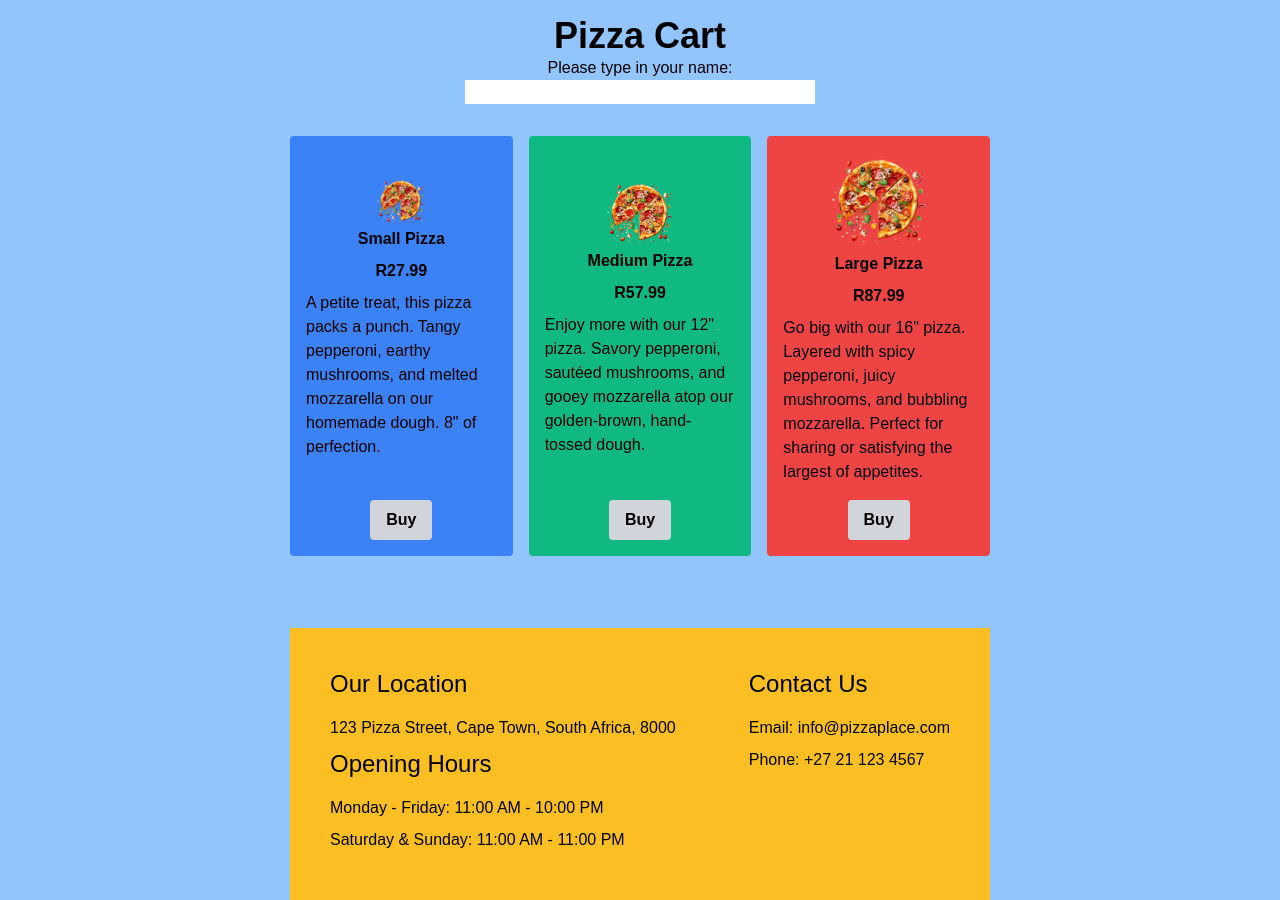
Repository: lasity34/pizza-cart-with-api
Page: index.html
An editor plug-in stored every save of this project. The page is shown before and after the next save, followed by the edit.
The browser window is 1280 px wide. The pictures show the whole page.
The page's requests for data from a server got no answer. Some web fonts or font styles are not loaded; a fallback is used. Some web libraries are served in a nearby version.

Above is the page before, as saved 2023-07-16 18:14:42.
Console error (its wording comes from the project's code and is left out).

### index.html
<!DOCTYPE html>
<html lang="en">
  <head>
    <meta charset="UTF-8" />
    <meta name="viewport" content="width=device-width, initial-scale=1.0" />
    <title>Pizza Cart</title>
    <script src="//unpkg.com/alpinejs" defer></script>
    <link
      href="https://cdn.jsdelivr.net/npm/tailwindcss@2.1.2/dist/tailwind.min.css"
      rel="stylesheet"
    />
    <script
      src="https://cdnjs.cloudflare.com/ajax/libs/axios/1.4.0/axios.min.js"
      integrity="sha512-uMtXmF28A2Ab/JJO2t/vYhlaa/3ahUOgj1Zf27M5rOo8/+fcTUVH0/E0ll68njmjrLqOBjXM3V9NiPFL5ywWPQ=="
      crossorigin="anonymous"
      referrerpolicy="no-referrer"
    ></script>
    <link href="./style.css" rel="stylesheet" />
    <link rel="preconnect" href="https://fonts.googleapis.com" />
    <link rel="preconnect" href="https://fonts.gstatic.com" crossorigin />
    <link
      href="https://fonts.googleapis.com/css2?family=Titillium+Web:ital@0;1&family=Tsukimi+Rounded:wght@300;400;500&display=swap"
      rel="stylesheet"
    />
  </head>
  <body x-data="pizzaCart" class="bg-blue-300" x-cloak>

    <section class="flex justify-center items-center">
      <h1 class="text-4xl pt-4 font-bold">Pizza Cart</h1>
    </section>
    <section class="flex flex-col items-center">
      <h3>Please type in your name:</h3>
      <input type="text" x-modal="username" class="w-1/2" />
    </section>
    <section  x-show=" cartTotal > 0 "
  class="shop-container my-3 sm:my-4 p-4 sm:p-5 flex flex-col text-xs sm:text-sm justify-center items-center"
>
  <h2 class="text-xl sm:text-2xl mb-2 font-bold">Shopping Cart</h2>
  <div class="mt-4 flex flex-col items-center">
    <div>
        <section class="mt-6">
            <table class="table-auto w-full rounded-lg overflow-hidden shadow-lg max-w-md mx-auto">
                <thead class="bg-red-600">
                    <tr>
                        <th class="px-2 sm:px-3 py-1 text-left text-xs sm:text-sm font-bold font-medium text-white uppercase tracking-wider">Flavour</th>
                        <th class="px-2 sm:px-3 py-1 text-left text-xs sm:text-sm font-medium text-white uppercase tracking-wider">Size</th>
                        <th class="px-2 sm:px-3 py-1 text-left text-xs sm:text-sm font-medium text-white uppercase tracking-wider">Quantity</th>
                        <th class="px-2 sm:px-3 py-1 text-left text-xs sm:text-sm font-medium text-white uppercase tracking-wider">Price</th>
                        <th class="px-2 sm:px-3 py-1 text-left text-xs sm:text-sm font-medium text-white uppercase tracking-wider">Total</th>
                    </tr>
                </thead>
                <tbody class="bg-yellow-100 divide-y divide-gray-200 overflow-auto max-h-48 sm:max-h-56">

                    <template x-for="pizza in cartPizzas">
                        <tr>
                          <td class="px-1 sm:px-2 py-1 whitespace-nowrap font-bold text-xs sm:text-sm text-gray-500" x-text="pizza.flavour"></td>

                            <td class="px-2 sm:px-3 py-1 whitespace-nowrap font-bold text-xs sm:text-sm text-gray-500" x-text="pizza.size"></td>
                            <td class="px-2 sm:px-3 py-1 whitespace-nowrap font-bold text-xs sm:text-sm text-gray-500">
                                <div class="flex items-center justify-center">
                                    <button
                                        @click="addPizzaToCart(pizza.id)"
                                        class="bg-gray-200 hover:bg-gray-300 text-gray-800 font-bold py-1 px-2 sm:px-3 rounded-l"
                                    >
                                        +
                                    </button>
                                    <div x-text="pizza.qty" class="mx-1 sm:mx-2"></div>
                                    <button
                                        @click="removePizzaFromCart(pizza.id)"
                                        class="bg-gray-200 hover:bg-gray-300 text-gray-800 font-bold py-1 px-2 sm:px-3 rounded-r"
                                    >
                                        -
                                    </button>
                                </div>
                            </td>
                            <td class="px-2 sm:px-3 py-1 whitespace-nowrap text-xs sm:text-sm font-bold text-gray-500">
                                R<span x-text="pizza.price"></span>
                            </td>
                            <td class="px-2 sm:px-3 py-1 whitespace-nowrap text-xs sm:text-sm font-bold text-gray-500">
                                R<span x-text="(pizza.qty * pizza.price).toFixed(2)"></span>
                            </td>
                        </tr>
                    </template>
                </tbody>
            </table>
        </section>
    </div>
    <div class="flex justify-center mt-2 sm:mt-4">
      <p class="font-bold">Total Cost</p>
      <p class="ml-3 sm:ml-5 font-bold">
        R<span x-text="(cartTotal).toFixed(2)">0.00</span>
      </p>
    </div>
    <div class="mt-2 sm:mt-4">
      <span x-text="message"></span>
    </div>

    <div class="mt-2 sm:mt-4"  x-cloak>
      <label class="font-bold">Payment Amount:</label>
      <input
        placeholder="Enter payment here"
        type="number"
        step="0.01"
        class="rounded ml-1 sm:ml-2 py-1 sm:py-2"
        x-model="paymentAmount"
      />
    </div>
    <div class="mt-3 sm:mt-6">
      <button
        x-cloak
        @click="payForCart()"
        class="bg-gray-300 hover:bg-gray-400 py-1 sm:py-2 px-4 sm:px-8 rounded font-bold"
      >
        <span>Pay</span>
      </button>
    </div>
  </div>
</section>




    <section class="pizza_columns mt-8">
      <div
        class="flex flex-col gap-4 mx-auto items-center lg:items-stretch lg:flex-row justify-center"
      >
        <div
          class="flex bg-blue-500 rounded p-4 w-4/5 lg:w-4/5 flex-grow flex-shrink flex flex-col justify-between text-black items-center"
        >
          <div class="flex-grow flex flex-col items-center justify-center">
            <img src="./pizza.png" width="50" />
            <h3 class="mb-2 font-bold">Small Pizza</h3>
            <h3 class="mb-2 font-bold">R27.99</h3>
            <p class="mb-4">
              A petite treat, this pizza packs a punch. Tangy pepperoni, earthy
              mushrooms, and melted mozzarella on our homemade dough. 8" of
              perfection.
            </p>
          </div>
          <button
            @click=""
            :disabled="smallAdded"
            class="bg-gray-300 hover:bg-gray-400 transition-colors duration-300 py-2 px-4 rounded font-bold"
          >
            Buy
          </button>
        </div>
        <div
          class="pizza_md bg-green-500 rounded p-4 w-4/5 lg:w-4/5 flex-grow flex-shrink flex flex-col justify-between text-black items-center"
        >
          <div class="flex-grow flex flex-col items-center justify-center">
            <img src="./pizza.png" width="70" />
            <h3 class="mb-2 font-bold">Medium Pizza</h3>
            <h3 class="mb-2 font-bold">R57.99</h3>
            <p class="mb-4">
              Enjoy more with our 12" pizza. Savory pepperoni, sautéed
              mushrooms, and gooey mozzarella atop our golden-brown, hand-tossed
              dough.
            </p>
          </div>
          <button
            @click=""
            :disabled="mediumAdded"
            class="bg-gray-300 hover:bg-gray-400 transition-colors duration-300 py-2 px-4 rounded font-bold"
          >
            Buy
          </button>
        </div>
        <div
          class="pizza_lg bg-red-500 rounded p-4 w-4/5 lg:w-4/5 flex-grow flex-shrink flex flex-col justify-between text-black items-center"
        >
          <div class="flex-grow flex flex-col items-center justify-center">
            <img src="./pizza.png" width="100" />
            <h3 class="mb-2 font-bold">Large Pizza</h3>
            <h3 class="mb-2 font-bold">R87.99</h3>
            <p class="mb-4">
              Go big with our 16" pizza. Layered with spicy pepperoni, juicy
              mushrooms, and bubbling mozzarella. Perfect for sharing or
              satisfying the largest of appetites.
            </p>
          </div>
          <button
            @click=""
            :disabled="largeAdded"
            class="bg-gray-300 hover:bg-gray-400 transition-colors duration-300 py-2 px-4 rounded font-bold"
          >
            Buy
          </button>
        </div>
      </div>
    </section>
    <!-- all pizzas display -->
    <section class="mt-8">
        <div class="flex flex-col items-center">
            <template x-for="pizza in pizzas">
                <div class="flex items-center border-b border-gray-200 bg-yellow-200 shadow-lg rounded-lg px-4 py-4 my-3 w-full max-w-xl">
                    <div class="w-24 h-24 flex-shrink-0">
                        <img src="./pizza.png" class="w-full h-full object-cover rounded-lg" />
                    </div>
                    <div class="ml-4 flex-grow flex justify-between w-3/4 items-center">
                        <h5 class="ml-2 text-lg font-bold text-black" x-text="pizza.flavour"></h5>
                        <p class="text-lg text-black mt-5 mb-4 mr-6 font-bold">R<span x-text="pizza.price"></span></p>
                    </div>
                    <div>
                        <button @click="addPizzaToCart(pizza.id)" class="bg-gray-600 hover:bg-gray-700 text-white font-bold py-2 px-4 rounded">Buy</button>
                    </div>
                </div>
            </template>
        </div>
    </section>



    <footer class="bg-yellow-400 text-black mt-10 p-10">
      <div class="container mx-auto flex justify-between">
        <div>
          <h2 class="text-2xl mb-4">Our Location</h2>
          <p class="mb-2">123 Pizza Street, Cape Town, South Africa, 8000</p>

          <h2 class="text-2xl mb-4">Opening Hours</h2>
          <p class="mb-2">Monday - Friday: 11:00 AM - 10:00 PM</p>
          <p class="mb-2">Saturday & Sunday: 11:00 AM - 11:00 PM</p>
        </div>
        <div>
          <h2 class="text-2xl mb-4">Contact Us</h2>
          <p class="mb-2">Email: info@pizzaplace.com</p>
          <p class="mb-2">Phone: +27 21 123 4567</p>
        </div>
      </div>
    </footer>

    <div
      x-show="show"
      x-transition:enter="transition ease-out duration-300"
      x-transition:enter-start="opacity-0 transform scale-90"
      x-transition:enter-end="opacity-100 transform scale-100"
      x-transition:leave="transition ease-in duration-300"
      x-transition:leave-start="opacity-100 transform scale-100"
      x-transition:leave-end="opacity-0 transform scale-90"
      class="fixed inset-0 flex items-center justify-center z-50"
    >
      <div class="bg-green-800 text-white rounded p-5 shadow-lg">
        <p x-text="message"></p>
      </div>
    </div>

    <script src="./pizza.js"></script>
  </body>
</html>

### style.css

body {
    max-width: 700px;
    margin: 0 auto;

font-family: 'Tsukimi Rounded', sans-serif;
}

.shop-container {
    background-color: rgb(205, 190, 50);
    max-width: 95%;
    margin: 1em auto;
}

input::-webkit-outer-spin-button,
input::-webkit-inner-spin-button {
  -webkit-appearance: none;
  margin: 0;
}

input[type="number"] {
  -moz-appearance: textfield;
 text-indent: 10px;
}

[x-cloak] { display: none; }

### pizza.js
function pizzaCart() {
  return {
    quantity: 0,
    paymentAmount: 0,
    message: "",
    show: false,
    lastMessageAdded: "",
    pizzas: [],
    cartPizzas: [],
    username: "bjorn",
    cartId: "",
    cartTotal: 0.0,
    // increment(size) {
    //   if (size === "small" && this.smallAdded) {
    //     this.smallAmount++;
    //   } else if (size === "medium" && this.mediumAdded) {
    //     this.mediumAmount++;
    //   } else if (size === "large" && this.largeAdded) {
    //     this.largeAmount++;
    //   }
    // },
    // buy(size) {
    //   if (size === "small") {
    //     this.smallAdded = true;
    //     this.smallAmount++; // increment the small pizza count
    //     this.message = "Small Pizza has been added";
    //   } else if (size === "medium") {
    //     this.mediumAdded = true;
    //     this.mediumAmount++; // increment the medium pizza count
    //     this.message = "Medium Pizza has been added";
    //   } else if (size === "large") {
    //     this.largeAdded = true;
    //     this.largeAmount++; // increment the large pizza count
    //     this.message = "Large Pizza has been added";
    //   }
    //   this.toggleModal();
    // },
    // decrement(size) {
    //   if (size === "small" && this.smallAmount > 0 && this.smallAdded) {
    //     this.smallAmount--;
    //     if (this.smallAmount === 0) this.smallAdded = false;
    //   }
    //   if (size === "medium" && this.mediumAmount > 0 && this.mediumAdded) {
    //     this.mediumAmount--;
    //     if (this.mediumAmount === 0) this.mediumAdded = false;
    //   }
    //   if (size === "large" && this.largeAmount > 0 && this.largeAdded) {
    //     this.largeAmount--;
    //     if (this.largeAmount === 0) this.largeAdded = false;
    //   }
    // },
    // total() {
    //   return (
    //     this.smallAmount * this.prices.small +
    //     this.mediumAmount * this.prices.medium +
    //     this.largeAmount * this.prices.large
    //   );
    // },
    // paymentTotal() {
    //   if (this.paymentAmount < this.total()) {
    //     this.payMessage = `<p class='flex bg-red-600 text-white py-2 px-4 font-bold text-lg my-3 py-1'>R${(
    //       this.total() - this.paymentAmount
    //     ).toFixed(2)} is needed</p>`;
    //     setTimeout(() => {
    //       this.payMessage = "";
    //     }, 2000);
    //   } else if (this.paymentAmount > this.total()) {
    //     this.payMessage = `<p class='flex bg-red-600 text-white py-2 px-4 font-bold text-lg my-3 py-1'>There is R${(
    //       this.paymentAmount - this.total()
    //     ).toFixed(2)} too much</p>`;
    //     setTimeout(() => {
    //       this.payMessage = "";
    //     }, 2000);
    //   } else if (this.paymentAmount == this.total() && this.total() !== 0) {
    //     this.payMessage =
    //       "<p class='flex bg-green-600 text-white py-2 px-4 font-bold text-lg my-3 py-1'>Enjoy your pizzas<p>";
    //     this.reset();
    //     setTimeout(() => {
    //       this.payMessage = "";
    //     }, 2000);
    //   }
    // },
    toggleModal() {
      this.show = !this.show;
      if (this.show) {
        setTimeout(() => {
          this.show = false;
        }, 2000); // Close after 2 seconds
      }
    },
    reset() {
      this.smallAmount = 0;
      this.mediumAmount = 0;
      this.largeAmount = 0;
      this.paymentAmount = 0;
      this.message = "";

      this.smallAdded = false;
      this.mediumAdded = false;
      this.largeAdded = false;
      this.show = false;
    },

    // API

    createCart() {

      const cartid = localStorage["cartId"];
      const createCartURL = `https://pizza-api.projectcodex.net/api/pizza-cart/create?username=${this.username}`;

      if (cartid) {
        this.cartId = cartid;
      } else {
        return axios.get(createCartURL).then((result) => {
          this.cartId = result.data.cart_code;
          localStorage["cartId"] = this.cartId;
        });
      }
    },

    getCart() {
      const getCartURL = `https://pizza-api.projectcodex.net/api/pizza-cart/${this.cartId}/get`;
      return axios.get(getCartURL);
    },

    addPizza(pizzaId) {
      return axios.post(
        "https://pizza-api.projectcodex.net/api/pizza-cart/add",
        {
          cart_code: this.cartId,
          pizza_id: pizzaId,
        }
      );
    },
    removePizza(pizzaId) {
      return axios.post(
        "https://pizza-api.projectcodex.net/api/pizza-cart/remove",
        {
          cart_code: this.cartId,
          pizza_id: pizzaId,
        }
      );
    },
    pay(amount) {
      return axios.post(
        "https://pizza-api.projectcodex.net/api/pizza-cart/pay",
        {
          cart_code: this.cartId,
          amount,
        }
      );
    },
    showCartData() {
      this.getCart().then((result) => {
        const cartData = result.data;
        this.cartPizzas = cartData.pizzas;
        this.cartTotal = cartData.total;
      });
    },
    init() {
      axios
        .get("https://pizza-api.projectcodex.net/api/pizzas")
        .then((result) => {
          this.pizzas = result.data.pizzas;
        });

      if (!this.cartId) {
        this.createCart().then(() => {
          this.showCartData();
        });
      }

      this.showCartData();
    },
    addPizzaToCart(pizzaId) {
      this.addPizza(pizzaId).then(() => {
        this.showCartData();
      });
    },
    removePizzaFromCart(pizzaId) {
      this.removePizza(pizzaId).then(() => {
        this.showCartData();
      });
    },
    payForCart() {
      this.pay(this.paymentAmount).then((result) => {
        if (result.data.status === "failure") {
          this.message = result.data.message;
          setTimeout(() => (this.message = ""), 3000);
        } else {
          this.message = "Payment Received";

          setTimeout(() => {
            this.message = "";
            this.cartPizzas = [];
            this.cartTotal = 0.0;
            this.cartId = "";
            localStorage['cartId']
            this.paymentAmount = 0;
            this.createCart();
          }, 3000);
        }
      });
    },
  };
}

document.addEventListener("alpine:init", () => {
  Alpine.data("pizzaCart", pizzaCart);
});

After the next save:
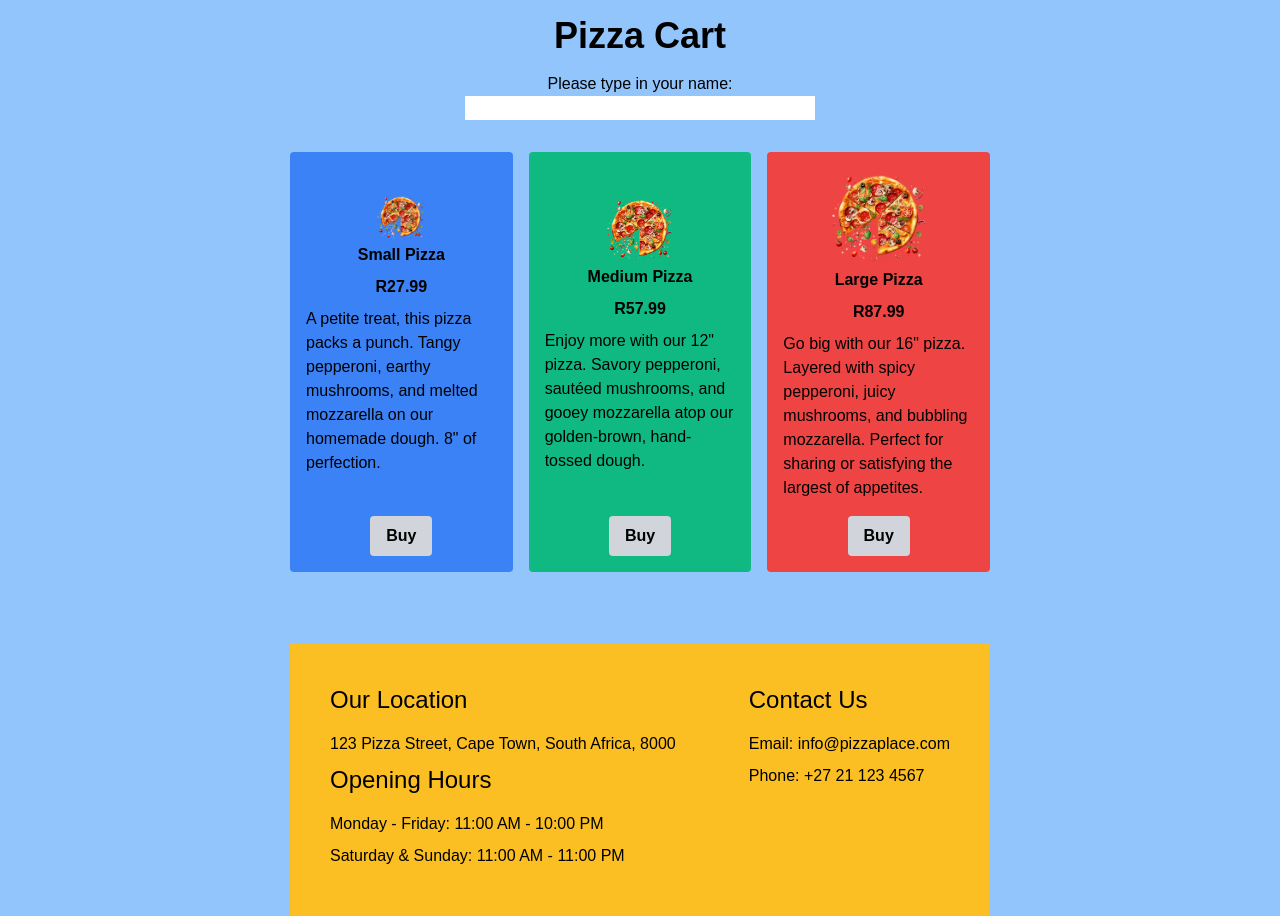
Saved 12 s later.
--- a/index.html
+++ b/index.html
@@ -28,7 +28,7 @@
     <section class="flex justify-center items-center">
       <h1 class="text-4xl pt-4 font-bold">Pizza Cart</h1>
     </section>
-    <section class="flex flex-col items-center">
+    <section class="flex flex-col items-center mt-4">
       <h3>Please type in your name:</h3>
       <input type="text" x-modal="username" class="w-1/2" />
     </section>
